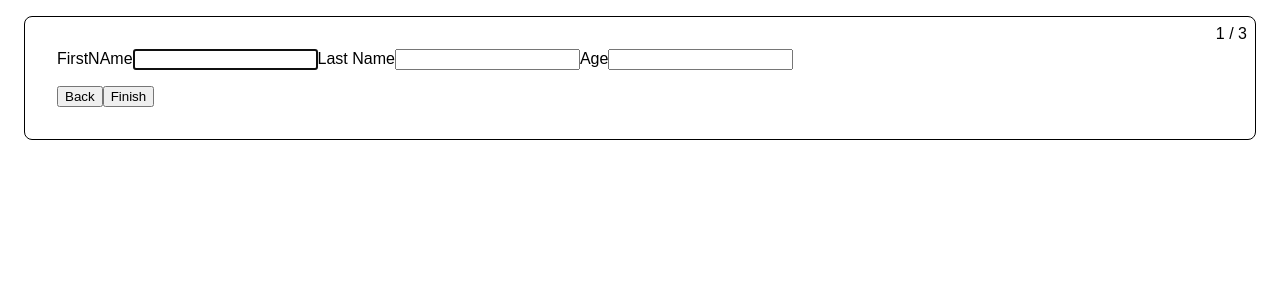
Repository: Aminox84/frontend-main
Page: /
An editor plug-in stored every save of this project. The page is shown before and after a run of saves, followed by the edit.
The browser window is 1280 px wide. The pictures show the whole page.
The project was rebuilt for these pictures with package versions that can differ from the ones it lists, and the page was loaded fresh each time. Also part of the build but not shown: src/AddressForm.tsx, src/AccountForm.tsx.

Above is the page before, as saved 2022-12-29 19:06:28.

### src/App.tsx
import React from 'react';
import { useMultistepForm } from './useMultistepForm';
import { AddressForm } from './AddressForm';
import { AccountForm } from './AccountForm';
import { UserForm } from './userForm';


function App() {


const {steps,currentStepIndex,step,isFirstStep,isLastStep,back,next} = useMultistepForm([<UserForm />,<AddressForm />,<AccountForm />])

  return (
    <div style={{position:"relative",background:"white",border:"1px solid  black",padding:"2rem",margin:"1rem",borderRadius:".5rem",fontFamily:"Arial"}}>
      <form>
       <div style={{position:"absolute",top:".5rem",right:".5rem"}}> {currentStepIndex + 1} / {steps.length}</div>
       {step}
       <div style={{marginTop:"1rem",display:"fex",gap:".5rem",justifyContent:"flex-end"}}></div>
       {!isFirstStep && <button type="button" onClick={back}>Back</button>}
       <button type="button" onClick={next}>{isLastStep ? "Finish" : "Next"}</button>
      </form>
    </div>
  );
}

export default App;

### src/useMultistepForm.ts
import {ReactElement,useState} from 'react'



export function useMultistepForm(steps: ReactElement[]){

const [currentStepIndex, setCurrentStepIndex]=useState(0)

function next(){
setCurrentStepIndex(i=>{
    if ( i > steps.length-1) return i
    return i +1
})
}
function back(){
    setCurrentStepIndex(i=>{
        if ( i <= 0) return i
        return i -1
    })
}
function goTo(index:number){
    setCurrentStepIndex(index);
}





return {
    currentStepIndex,
    step: steps[currentStepIndex],
    goTo,
    next,
    back,
    steps,
    isFirstStep: currentStepIndex!==0,
    isLastStep: steps.length-1,
}

}

### src/userForm.tsx
export function UserForm(){
    return (
        <>
        <label>FirstNAme</label>
        <input autoFocus required type="text"></input>
        <label>Last Name</label>
        <input required type="text"></input>
        <label>Age</label>
        <input required min={1} type="number"/>
        </>
    )
}

Loaded but not shown: public/index.html (common file); src/index.tsx (common file)

After the next 4 saves:
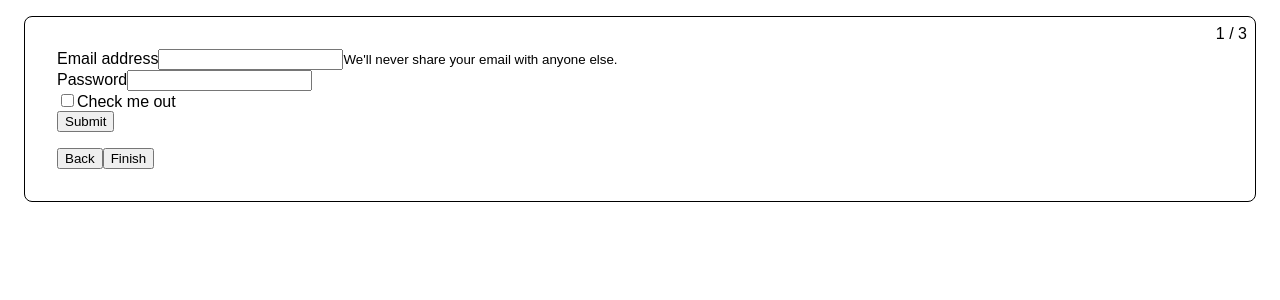
The 4 saves are shown as one change because 3 did not build or start.
The last was saved 105 s later.
--- a/src/userForm.tsx
+++ b/src/userForm.tsx
@@ -1,12 +1,22 @@
 export function UserForm(){
     return (
         <>
-        <label>FirstNAme</label>
-        <input autoFocus required type="text"></input>
-        <label>Last Name</label>
-        <input required type="text"></input>
-        <label>Age</label>
-        <input required min={1} type="number"/>
+        <form>
+  <div className="form-group">
+    <label for="exampleInputEmail1">Email address</label>
+    <input type="email" className="form-control" id="exampleInputEmail1" aria-describedby="emailHelp" />
+    <small id="emailHelp" className="form-text text-muted">We'll never share your email with anyone else.</small>
+  </div>
+  <div className="form-group">
+    <label for="exampleInputPassword1">Password</label>
+    <input type="password" className="form-control" id="exampleInputPassword1" />
+  </div>
+  <div className="form-group form-check">
+    <input type="checkbox" className="form-check-input" id="exampleCheck1" />
+    <label className="form-check-label" for="exampleCheck1">Check me out</label>
+  </div>
+  <button type="submit" className="btn btn-primary">Submit</button>
+</form>
         </>
     )
 }
